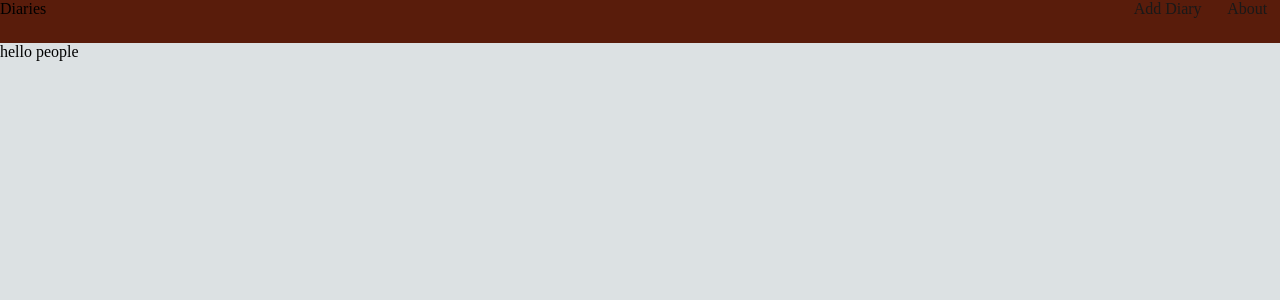
Repository: Tun-Dev/mydiary
Page: /
An editor plug-in stored every save of this project. The page is shown before and after the next save, followed by the edit.
The browser window is 1280 px wide. The pictures show the whole page.
The project was rebuilt for these pictures with package versions that can differ from the ones it lists, and the page was loaded fresh each time.

Above is the page before, as saved 2021-05-10 12:18:54.

### src/index.js
import React from 'react';
import ReactDOM from 'react-dom';
import {BrowserRouter} from 'react-router-dom'
import App from './App';


ReactDOM.render(

  <React.StrictMode>
  <BrowserRouter>
    <App />
    </BrowserRouter>
  </React.StrictMode>,
  document.getElementById('root')
);

// If you want to start measuring performance in your app, pass a function
// to log results (for example: reportWebVitals(console.log))
// or send to an analytics endpoint. Learn more: https://bit.ly/CRA-vitals

### src/App.js
import React, { useState, useEffect} from "react";
import GlobalStyle from './GlobalStyle'

// import styles
import Nav from './Layout/Nav.js';

function App() {
  // const [ name, setName ] = useState("");
  // useEffect( () => {
  //   fetch("https://my-json-server.typicode.com/Codeinwp/front-end-internship-api/posts")
  // .then((response) => response.json())
  // .then((data) => setName(data)
  // )
  // }, [] )
  return (
    <div className="App">
    <GlobalStyle />
    <Nav />
    <div className="container">
      <p>hello people </p>
    </div>
    </div>
  );
}

export default App;

### src/GlobalStyle.js
import {createGlobalStyle} from 'styled-components';

const GlobalStyle = createGlobalStyle`
  * {
      margin: 0;
      padding: 0;
      box-sizing: border-box;
  }
  body {

 background-color: #dce1e3;
}
 a {
    text-decoration: none;
    color: #191919;
}
`

export default GlobalStyle;

### src/Layout/Nav.js
import React from 'react';
import styled from 'styled-components';
import {Link} from 'react-router-dom'

const Nav = () => {
    return (
        <NavBar>
          <nav>
         <div className="header">
           Diaries
         </div>
         <ul className="navItens">
           <li><Link to="">Add Diary</Link></li>
           <li><Link to="">About</Link></li>
         </ul>
          </nav>
        </NavBar>
    )
}
const NavBar = styled.div`
     background-color: #591c0b;
     height: 6vh;
  nav {
    display: flex;
    justify-content: space-between;
    align-items: center;

}
ul {
    display: flex;
}
ul li {
    list-style: none;
    margin: 0 0.8rem;
}
`;

export default Nav;

Loaded but not shown: public/index.html (common file)

After the next save:
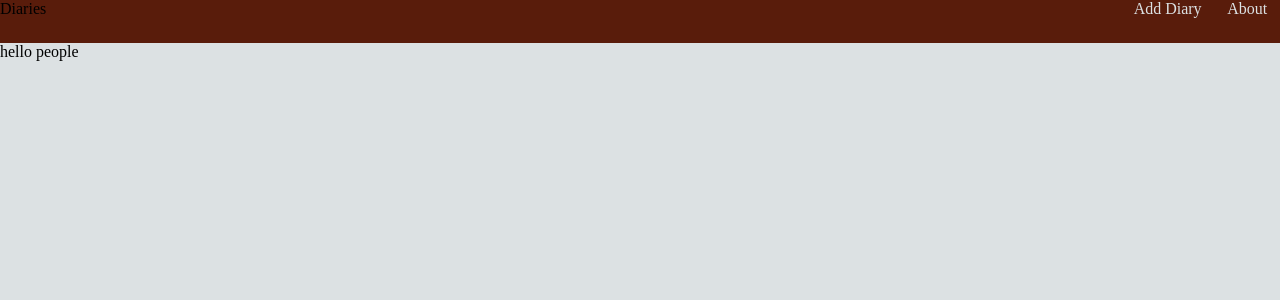
Saved 33 s later.
--- a/src/GlobalStyle.js
+++ b/src/GlobalStyle.js
@@ -12,7 +12,7 @@ const GlobalStyle = createGlobalStyle`
 }
  a {
     text-decoration: none;
-    color: #191919;
+    color: #dce1e3;
 }
 `
 
